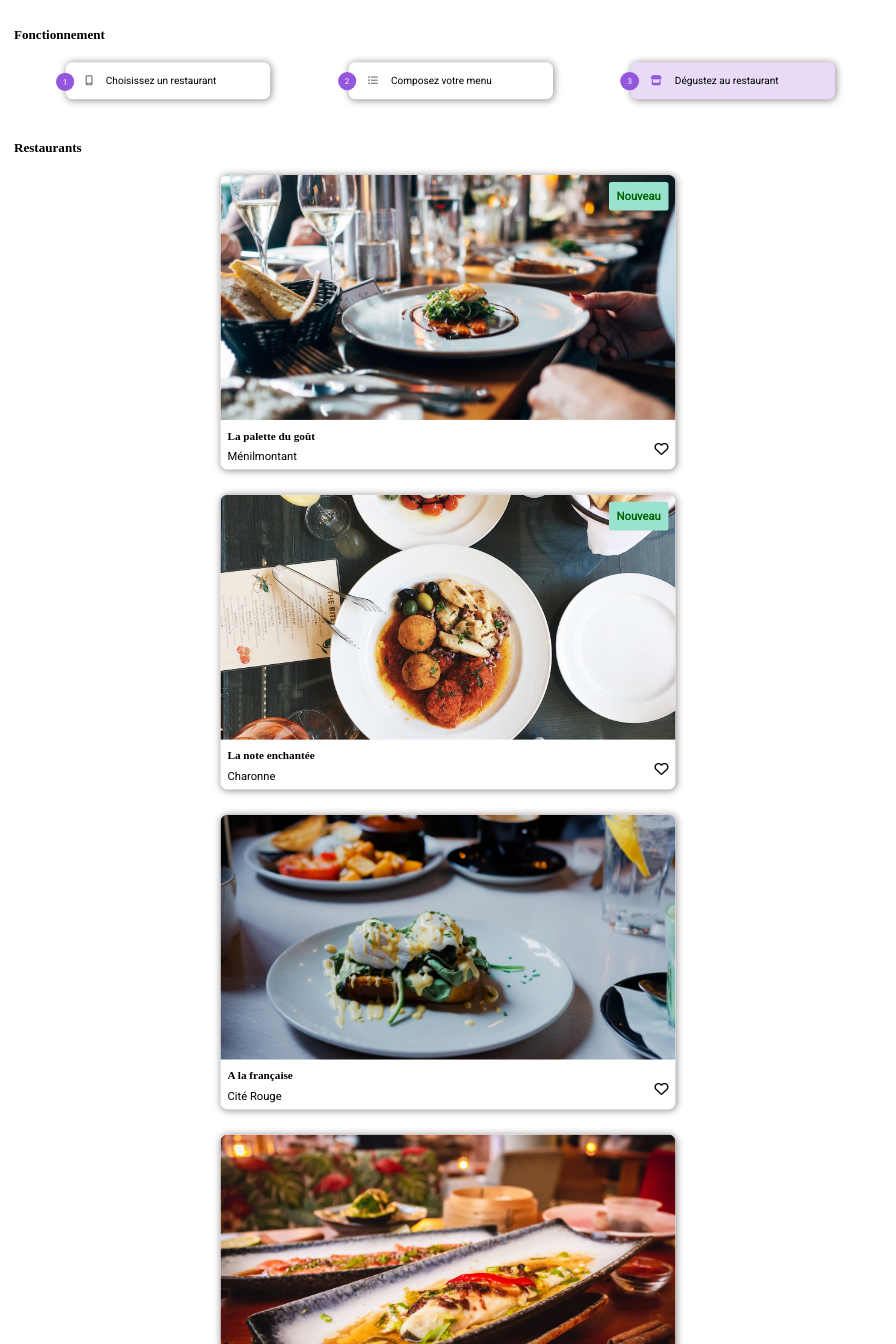
Repository: Micka-17/boimickael_3_16042021
Page: index.html
The author's editor kept a copy of each file at every save. The page is drawn from the files as they stood at one save, then again after a run of saves.
The browser window is 1280 px wide. The pictures show the part of the page from y = 367 to 2287 px (the page is 2618 px tall before and 2098 px after), at 70% of full size.
Some web fonts or font styles are not loaded; a fallback is used. Some web libraries are served in a nearby version. The style sheet was rebuilt from its Sass, Less or Tailwind sources for each picture, by a compiler version that may differ from the author's.

Above is the page before, as saved 2021-05-26 10:12:28.

### index.html
<!DOCTYPE html>
<html lang="en">
  <head>
    <meta charset="UTF-8" />
    <meta http-equiv="X-UA-Compatible" content="IE=edge" />
    <meta name="viewport" content="width=device-width, initial-scale=1.0" />
    <link rel="stylesheet" href="css/style.css" />
    <script
      src="https://kit.fontawesome.com/7f2b024bdc.js"
      crossorigin="anonymous"
    ></script>
    <title>OhMyFood</title>
  </head>
  <body>
    <div id="backgroundloader">
      <div id="loader"></div>
    </div>
    <header>
      <div id="logo">
        <img src="images/logo/ohmyfood@2x.svg" alt="OhMyFood" />
      </div>
    </header>
    <section id="sec-1">
      <div id="top">
        <div id="paris">
          <p><i class="fas fa-map-marker-alt icon"></i> Paris, Belleville</p>
        </div>
        <div id="reservation">
          <h2 id="center-top1">Réservez le menu qui vous convient</h2>
          <p id="center-top2">
            Découvrez des restaurants d'exception, séléctionnés par nos soins.
          </p>
          <a id="btn" href="#sec-3">Explorer nos restaurants</a>
        </div>
      </div>
    </section>
    <section id="sec-2">
      <div class="fonctionnement">
        <h3 class="h3s">Fonctionnement</h3>
        <ul class="bolder">
          <li>
            <i class="fas fa-mobile-alt icon-top"></i> Choisissez un restaurant
            <p id="number1">1</p>
          </li>
          <li>
            <i class="fas fa-list-ul icon-top"></i> Composez votre menu
            <p id="number2">2</p>
          </li>
          <li id="li-3">
            <i class="fas fa-store icon-top-purple"></i> Dégustez au restaurant
            <p id="number3">3</p>
          </li>
        </ul>
      </div>
    </section>
    <section id="sec-3">
      <h3 class="h3s">Restaurants</h3>
      <div class="choice">
        <a href="pages/la_palette_du_gout.html">
          <div class="card">
            <p class="nouveau">Nouveau</p>
            <img
              id="new"
              class="imga"
              src="images/restaurants/la_palette_du_gout.jpg"
              alt="la_palette_du_gout"
            />
            <div class="resto">
              <div>
                <h4>La palette du goût</h4>
                <p class="space">Ménilmontant</p>
              </div>
              <div class="loveclcik">
                <i class="far fa-heart love fa-lg"></i>
                <i class="fas fa-heart loves3"></i>
              </div>
            </div>
          </div>
        </a>
        <a href="pages/la_note_enchantee.html">
          <div class="card">
            <p class="nouveau">Nouveau</p>
            <img
              class="imga"
              src="images/restaurants/la_note_enchantee.jpg"
              alt="la_note_enchantee"
            />
            <div class="resto">
              <div>
                <h4>La note enchantée</h4>
                <p class="space">Charonne</p>
              </div>
              <div class="loveclcik">
                <i class="far fa-heart love fa-lg"></i>
                <i class="fas fa-heart loves3"></i>
              </div>
            </div>
          </div>
        </a>
        <a href="pages/a_la_francaise.html">
          <div class="card">
            <img
              class="imga"
              src="images/restaurants/a_la_française.jpg"
              alt="a_la_française"
            />
            <div class="resto">
              <div>
                <h4>A la française</h4>
                <p class="space">Cité Rouge</p>
              </div>
              <div class="loveclcik">
                <i class="far fa-heart love fa-lg"></i>
                <i class="fas fa-heart loves3"></i>
              </div>
            </div>
          </div>
        </a>
        <a href="pages/le_delice_des_sens.html">
          <div class="card">
            <img
              class="imga"
              src="images/restaurants/le_delice_des_sens.jpg"
              alt="le_delice_des_sens"
            />
            <div class="resto">
              <div>
                <h4>Le delice des sens</h4>
                <p class="space">Folie-Méricourt</p>
              </div>
              <div class="loveclcik">
                <i class="far fa-heart love fa-lg"></i>
                <i class="fas fa-heart loves3"></i>
              </div>
            </div>
          </div>
        </a>
      </div>
    </section>
    <section class="end">
      <footer>
        <div>
          <h3 id="logo-white">ohmyfood</h3>
          <div class="end-ul">
            <p>
              <i class="fas fa-utensils icon-footer"></i> Proposer un restaurant
            </p>
            <p>
              <i class="fas fa-hands-helping icon-footer"></i> Devenir
              partenaire
            </p>
            <p>Mentions légales</p>
            <a id="contact" href="mailto:contact@ohmyfood.com"
              ><p>Contact</p></a
            >
          </div>
        </div>
      </footer>
    </section>
  </body>
</html>

### sass/style.scss
@import "./directories/Utils/variables-mixin";
@import "./directories/Base/main.scss";



ul {
    font-family: 'Roboto', sans-serif;
    font-size: 0.9em;
    @media (min-width: 430px) {
        max-width: 450px;
    }
        @media (min-width: 1000px) {
            display: flex;
            min-width: 100%;
            justify-content: space-evenly;
        }
}

/*#backgroundloader {
    position: absolute;
    top: 0;
    left: 0;
    background-color: $color3;
    min-width: 100%;
    height: 100vh;
    animation: loader2 3s;
    animation-fill-mode: both;
    animation-timing-function: step-end;
  }
#loader {
    position: absolute;
    height: 70px;
    top: 50%;
    right: 50%;
    bottom: 50%;
    left: 50%;
    width: 64px;
    height: 64px;
    border-radius: 50%;
    border: 6px solid rgb(255, 255, 255);
    border-color: $color1 transparent $color2 transparent;
    animation: dual-ring 0.8s infinite, loader 3s;
    animation-delay: 0.2s;
    animation-fill-mode: both;
  }
*/
#contact {
    color: white;
}

.spacediv p {
    font-family: 'Roboto', sans-serif;
    text-overflow: ellipsis;
    overflow: hidden;
    white-space: nowrap;
}

#logo {
    display: flex;
    justify-content: center;
    margin-top: 20px;
    margin-bottom: 10px;
}

#paris {
    display: flex;
    justify-content: center;
    border-top: solid 3px rgba(128, 128, 128, 0.301);
    min-width: 321px;
    padding-top: 10px;
    padding-bottom: 10px;
    background-color: rgba(128, 128, 128, 0.212);
        .icon {
            margin-right: 10px;
        }
}

#reservation {
    display: flex;
    justify-content: center;
    flex-direction: column;
    place-items: center;
    background-color: rgb(238, 234, 234);
    padding-bottom: 45px;
        #btn {
            @include btn();
                &:hover {
                    filter: brightness(1.10);
                    box-shadow: 0px 0px 10px 5px gray;
                }
        }
}

#center-top1 {
    text-align: center;
    margin-top: 20px;
    max-width: 350px;
}

#center-top2 {
    margin-top: 20px;
    margin-bottom: 20px;
    text-align: center;
    max-width: 350px;
}


.icon-top {
    color: gray;
    margin-right: 15px;
    margin-left: 10px;
}

.icon-top-purple {
    color: $color1;
    margin-right: 15px;
    margin-left: 10px;
}

#li-3 {
    background-color: #9256dc36;
}

li { position: relative;
    background-color: #ffffff;
    border-radius: 10px;
    padding: 18px;
    margin: 18px;
    margin-left: 25px;
    box-shadow: 1px 1px 10px 1px rgb(151, 145, 145);
    min-width: 20%;
        #number1 {
            position: absolute;
            top: 15px;
            left: -14px;
            background-color: $color1;
            border-radius: 50px;
            padding: 6px 10px;
            font-size: 0.8em;
            color: white;
        }
            #number2 {
                position: absolute;
                top: 14px;
                left: -15px;
                background-color: $color1;
                border-radius: 50px;
                padding: 6px 10px;
                font-size: 0.8em;
                color: white;
            }
                #number3 {
                    position: absolute;
                    top: 14px;
                    left: -15px;
                    background-color: $color1;
                    border-radius: 50px;
                    padding: 6px 10px;
                    font-size: 0.8em;
                    color: white;
                }
}
.space {
    margin-top: 10px;
    margin-bottom: 10px;
}
.card {
    background-color: #ffffff;
    border-radius: 10px;
    padding: 0px;
    margin: 18px;
    box-shadow: 1px 1px 10px 1px rgb(151, 145, 145);
    max-width: 100%;
}
.imga {
    object-fit: cover;
    border-radius: 10px 10px 0px 0px;
    width: 650px;
    height: 350px;
        @media (max-width:900px) {
            max-width: 100%;
        }
            @media (max-width:500px) {
                max-width: 100%;
                height: 240px;
            }
                @media (min-width:320px) {

                }
}
.card {
    position: relative;
}
.nouveau {
    position: absolute;
    padding: 0.7rem;
    border-radius: 0.25rem;
    color: darkgreen;
    font-weight: bold;
    right: 10px;
    top: 10px;
    background-color: #99e2d0;
}

.h3s {
    margin: 40px 0px 10px 20px;

}

.choice {
    display: flex;
    flex-direction: column;
    place-items: center;
    flex-wrap: wrap;
        .resto {
            display: flex;
            justify-content: space-between;
            align-items: center;
            margin: 10px;
        }
            @media (min-width: 630px) {
                flex-wrap: wrap;
                flex-direction: row;
                justify-content: center;
            }
                @media (min-width: 1350px) {
                    display: grid;
                    grid-template-rows: 50% 50%;
                    grid-template-columns: 50% 50%;
                }
}


footer {
    margin-top: 30px;
    padding: 10px;
    background-color: rgb(54, 54, 54);
    color: white;
        #logo-white {
            font-family: 'Shrikhand', cursive;
            font-weight: 300;
            margin-bottom: 15px;
            margin-left: 20px;
            margin-top: 10px;
        }
            li {
                background-color: transparent;
                border-radius: 0;
                padding: 5px;
                margin-left: 20px;
                box-shadow: none;
                display: flex;
                margin-top: 5px;
                margin-bottom: 5px;
            }
                .icon-footer {
                    max-width: 2px;
                    max-height: 2px;
                    margin-right: 25px;
                }
                    @media (min-width:1000px) {
                        padding: 40px;
                    }
}


//pages 2

.img-top {
    min-width: 100%;
    max-height: 510px;
}

.arrow {
    position: absolute;
    left: 20px;
    top: 30px;
    color: rgba(0, 0, 0, 0.801);
}
#margtitle {
    margin-left: 15px;
    max-width: 220px;
}
img {
    object-fit: cover;
}
.titlemargall {
    margin-top: 30px;
    margin-left: 15px;
    border-bottom: solid rgba(55, 224, 55, 0.541);
    max-width: 30px;
}
#middle {
    position: absolute;
    top: 240px;
    min-width: 100%;
    min-height: 980px;
    background-color: rgb(231, 229, 229);
    border-radius: 20px 20px 0px 0;
    padding-top: 30px;
     .entrees {
        @include centre();
        @include capsule();
     }
        .bold {
            font-weight: bold;
            font-size: 1em;
        }
        .bolder {
            font-weight: bold;
            font-size: 0.6m;
                @media (min-width: 1000px) {
                    margin: 15px;
                }
        }
            p {
                font-size: 0.7em;
            }
                .loves1 {
                    position: absolute;
                    right: 15px;
                    color: gray
                }
}

.loves2 {
    display: none;
    opacity: 0;
    background: linear-gradient(0deg,#9356dc,#ff79da);
    background-clip: text;
    -webkit-background-clip: text;
    -moz-background-clip: text;
    -webkit-text-fill-color: transparent;
    position: absolute;
    right: 15px;
}
#margtitle:hover .loves2 {
    animation: fadeout;
    opacity: 1;
    animation-duration: .5s;
    display: inline-block;
    justify-content: center;
}

.loves3 {
    display: none;
    opacity: 0;
    background: linear-gradient(0deg,#9356dc,#ff79da);
    background-clip: text;
    -webkit-background-clip: text;
    -moz-background-clip: text;
    -webkit-text-fill-color: transparent;
    position: absolute;
    right: 9px;
    bottom: 18px;
}
.loveclcik:hover .loves3 {
    animation: fadeout2;
    opacity: 1;
    animation-duration: .5s;
    display: inline-block;
    justify-content: center;
    font-size: 1.5em;
}

#entrees {
    animation: slideup 1s;
    animation-duration: 1s;
}
#plats {
    animation: slideup 1s;
    animation-duration: 5s;
}
#desserts {
    animation: slideup 1s;
    animation-duration: 8s;
}


.entrees, .plats, .desserts {
    cursor: pointer;
        @media (max-width:321px) {
            width: 300px;
        }
        @media (max-width:378px) {
            max-width: 100%;
        }
        @media (max-width:414px) {
            max-width: 100%;
        }
        @media (min-width: 1000px) {
            min-width: 30%;
            min-height: 90px;
            width: 100%;
        }
}

.spacediv {
    width: 100%;
    overflow: hidden;
    @include spacediv();
        @media (min-width: 1000px) {
            justify-content: space-evenly;
        }
}
.plats {
    @include capsule();
    @include centre();
}
.desserts {
    @include capsule();
    @include centre();
}

.responsive {
    @media (min-width: 1000px) {
        display: flex;
        justify-content: center;
    }
}

.responsive-entrees {
    @media (min-width: 1000px) {
        display: flex;
        justify-content: center;
        flex-wrap: wrap;
    }
}

#btnp2 {
    @include btn();
    margin-top: 40px;
        &:hover {
            filter: brightness(1.10);
            box-shadow: 0px 0px 10px 5px gray;
        }
         @media (min-width: 1000px) {
            margin-top: 150px;
         }
}

#placement-btn {
    display: flex;
    justify-content: center;
    place-items: center;
}

.end1 {
    position: absolute;
    top: 1151px;
    min-width: 100%;
}

.end {
    position: absolute;
    min-width: 100%;
}

.end-ul {
        @media (min-width: 430px) {
        max-width: 450px;
    }
        @media (min-width: 1000px) {
            display: flex;
            min-width: 100%;
            flex-direction: row;
            justify-content: space-evenly;
        }
}

.end-ul p {
    margin: 8px;
    margin-left: 20px;
}

//page la note enchantee

 .align-price{
    display: flex;
    align-items: flex-end;
    margin-bottom: 8px;
    margin-right: 8px;
}

.check {
    width: 0px;
    transition-duration: 1s;
    font-size: 1.5em;
     & i {
        display: none;
        place-items: center;
        color: white;
     }
}

.entrees:hover .check {
    width: 90px;
    height: 51px;
    background-color: $color3;
    display: flex;
    justify-content: center;
    border-radius: 0 20% 20% 0;
        @media (max-width: 1000px) {
            width: 65px;
        }
            & .rotation {
                display: flex;
                place-items: center;
            }
                & .rond {
                    display: flex;
                    place-items: center;
                    transform-origin: center;
                    animation: spin;
                    animation-duration: 1s;
                }
                    @media (min-width: 1000px) {
                        height: 90px;
                        border-radius: 0 10% 10% 0;
                    }
}


.plats:hover .check {
    width: 90px;
    height: 51px;
    background-color: $color3;
    display: flex;
    justify-content: center;
    border-radius: 0 20% 20% 0;
        @media (max-width: 1000px) {
            width: 65px;
        }
            & .rotation {
                display: flex;
                place-items: center;
            }
                & .rond {
                    display: flex;
                    place-items: center;
                    transform-origin: center;
                    animation: spin;
                    animation-duration: 1s;
                }
                    @media (min-width: 1000px) {
                        height: 90px;
                        border-radius: 0 10% 10% 0;
                    }
}

.desserts:hover .check {
    width: 90px;
    height: 51px;
    background-color: $color3;
    display: flex;
    justify-content: center;
    border-radius: 0 20% 20% 0;
        @media (max-width: 1000px) {
            width: 65px;
        }
            & .rotation {
                display: flex;
                place-items: center;
            }
                & .rond {
                    display: flex;
                    place-items: center;
                    transform-origin: center;
                    animation: spin;
                    animation-duration: 1s;
                }
                    @media (min-width: 1000px) {
                        height: 90px;
                        border-radius: 0 10% 10% 0;
                    }
}

### sass/directories/Utils/_variables-mixin.scss
$color1: #9356DC;
$color2: #FF79DA;
$color3: #99E2D0;

@mixin centre {
    display: flex;
    justify-content: space-between;
}

@mixin capsule {
    background-color: whitesmoke;
    border-radius: 10px;
    box-shadow: 1px 1px 10px 1px rgb(226, 226, 226);
    margin: 10px;
    overflow: hidden;
}
 @mixin spacediv {
    min-height: 35px;
    display: flex;
    flex-direction: column;
    justify-content: space-between;
    padding: 8px;
 }
@mixin btn {
    background: linear-gradient($color2, $color1);
    border-radius: 50px;
    border: none;
    box-shadow: gray;
    color: white;
    font-weight: bold;
    max-width: 200px;
    min-width: 200px;
    margin-top: 15px;
    padding: 15px 10px;
    text-align: center;
    text-decoration: none
}

@keyframes fadein {
    from {
        transform: scaleX(0);
    }

    to {
        transform: scaleX(1);
    }
}

@keyframes fadeout {
    from {
        transform: scaleY(0);
    }

    to {
        transform: scaleY(1);
    }
}
@keyframes fadeout2 {
    from {
        transform: scale(0);
    }

    to {
        transform: scale(1.5);
    }
}

@keyframes spin {
    from {
        transform: rotate(0deg);
    } to {
        transform: rotate(360deg);
    }
}

@keyframes slideup {
    from {
        transform: translateY(50px);
        opacity: 0;
    }
    to {
        transform: translateY(0px);
        opacity: 1;
    }
}


 @keyframes dual-ring {
    0% {
      transform: rotate(0deg);
      opacity: 100%;
    }
    50% {
        transform: rotate(180deg);
        opacity: 10%;
      }
    100% {
      transform: rotate(360deg);
      opacity: 100%;
    }
  }

@keyframes loader {
    0% {
    opacity: 100%;
    }
    99% {
        opacity: 100%;
    }
    100% {
        opacity: 100%;
    }
}

@keyframes loader2 {
    0% {
    opacity: 100%;
    z-index: 9999;
    }
    99% {
        opacity: 0;
        z-index: -1000;
    }
    100% {
        opacity: 0;
        z-index: -1000;
    }
}

### sass/directories/Base/main.scss
@import url('https://fonts.googleapis.com/css2?family=Roboto&family=Shrikhand&display=swap');

* {
    margin: 0;
    padding: 0;
    text-decoration: none;
    list-style-type: none;
}
#margtitle {
    font-family: Shrikhand;
    font-weight: 100;
    font-size: 1.2em;
}
p {
    font-family: 'Roboto', sans-serif;
}
a {
    text-decoration: none;
    list-style: none;
    color: rgb(0, 0, 0);
}

After the next 2 saves:
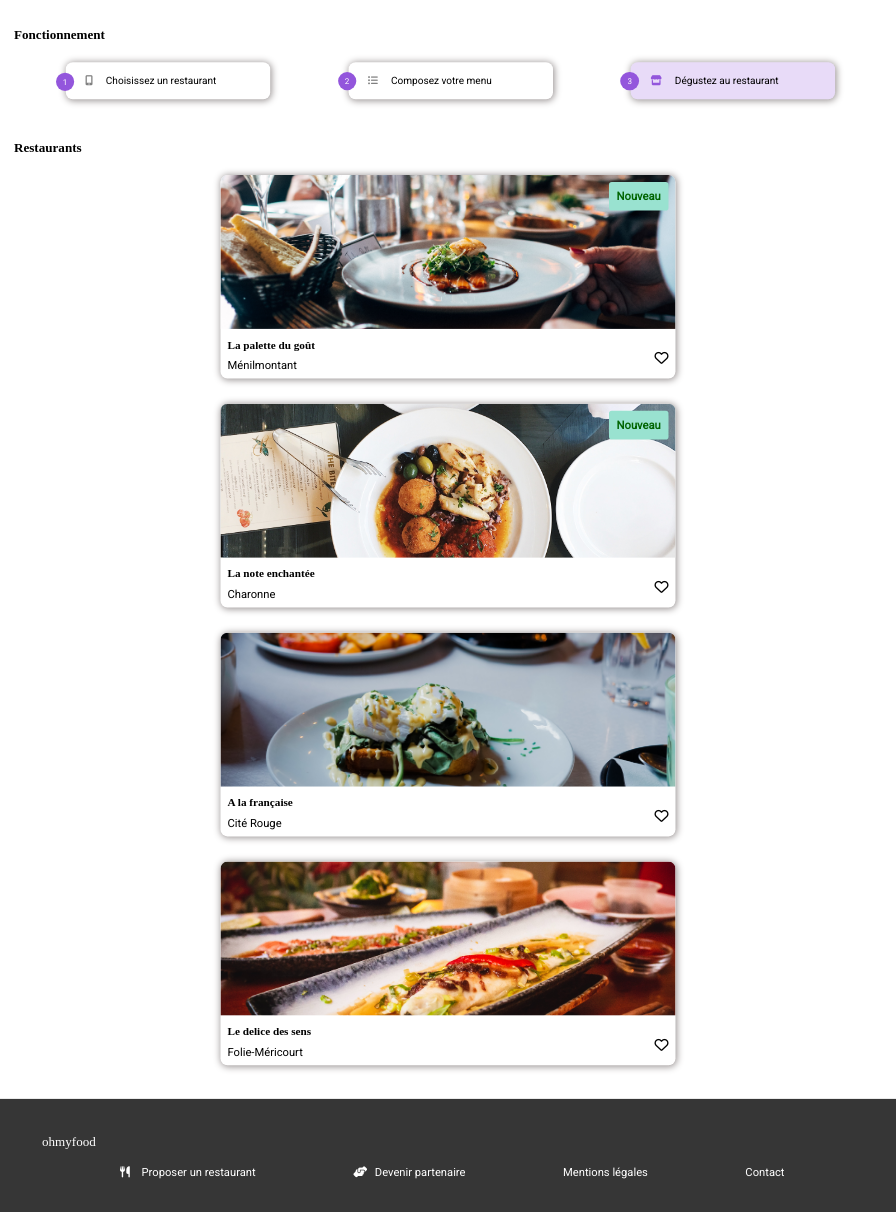
The 2 saves are shown as one change because they came seconds apart.
The last was saved 34 s later.
--- a/sass/style.scss
+++ b/sass/style.scss
@@ -185,7 +185,7 @@ li { position: relative;
                 height: 240px;
             }
                 @media (min-width:320px) {
-
+                    height: 220px;
                 }
 }
 .card {
